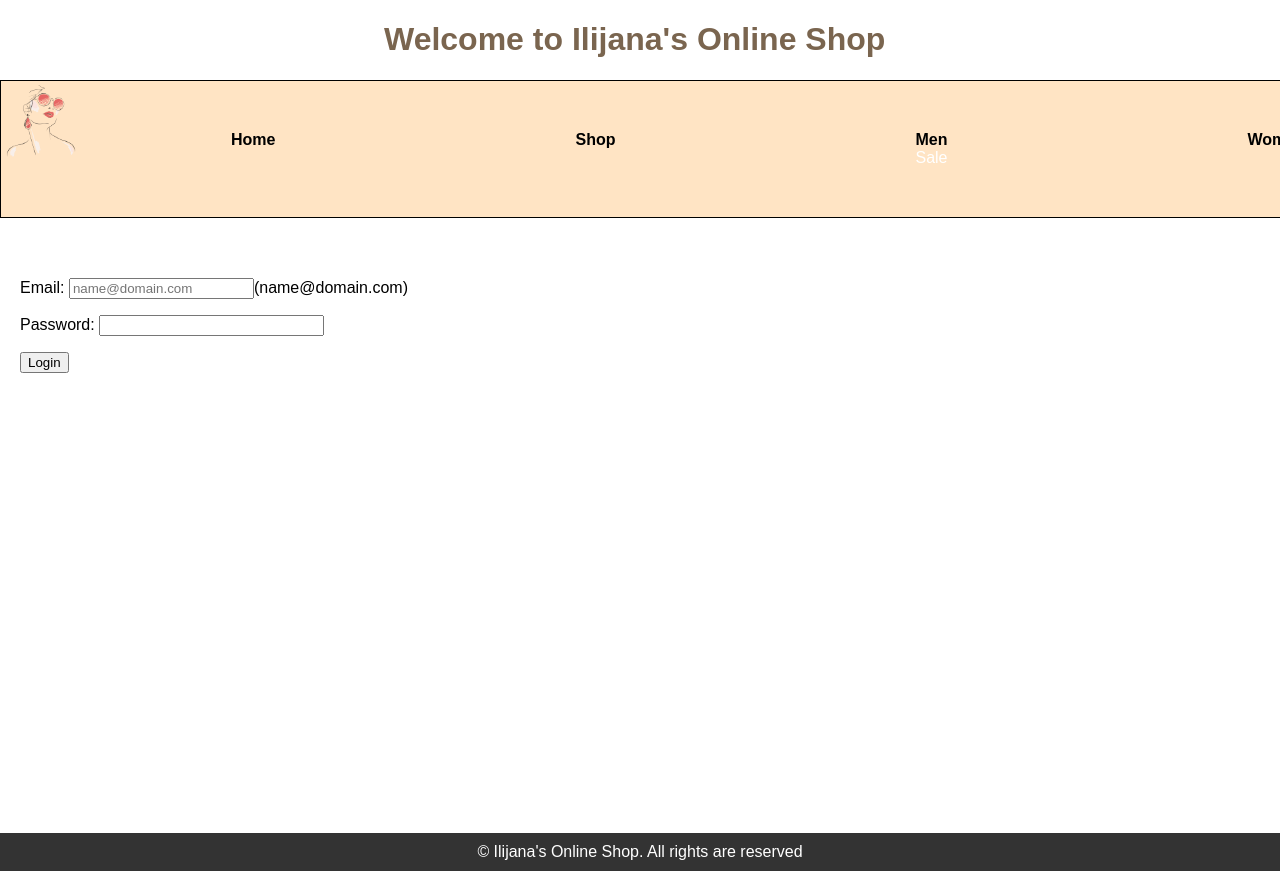
Repository: ilijana123/Proekt1
Page: html.html
An editor plug-in stored every save of this project. The page is shown before and after the next save, followed by the edit.
The browser window is 1280 px wide. The pictures show the whole page.

Above is the page before, as saved 2023-11-13 01:49:22.

### html.html
<!DOCTYPE html>
<html>
    <head>

    <meta charset="utf-8">
    <title>Online shop</title>
    <link rel="stylesheet" type="text/css" href="1.css">
    <script src="script.js"></script>

    </head>

    <body>
    <header>
       <h1>Welcome to Ilijana's Online Shop</h1>
    </header>

    <nav>
        <div class="social-call">
        <div class="social">
            <a href="#"><i class="fab fa-facebook-f"></i></a>
            <a href="#"><i class="fab fa-twitter"></i></a>
            <a href="#"><i class="fab fa-youtube"></i></a>
            <a href="#"><i class="fab fa-instagram"></i></a>
        </div>
        </div>
        <div class="navigation">
            <a href="#" class="logo"><img src="logo.png"></a>
            <div class="toggle"></div>
            <ul class="menu">
            <li><a href="#">Home</a></li>
            <li  class="shop"><a href="#" >Shop</a></li>
            <li><a href="#">Men</a>
                <span class="sale-lable">Sale</span>
            </li>
            <li><a href="#">Women</a></li>
            <li><a href="#">Kids</a></li>
            </ul>
            <div class="right-menu">
            <a href="javascript:void(0);" class="search">
                <i class="fas fa-search"></i>
            </a>
            <a href="javascript:void(0);" class="user">
                <i class="far fa-user"></i>
            </a>
            <a href="#">
                <i class="fas fa-shopping-cart">
                    <span class="num-cart-product">0</span>
                </i>
            </a>
            </div>
        </div>
    </nav>

       <section id="home">
            <h2>Home</h2>
            <p>Opis</p>
        </section>

        <section id="contact">
            <form method="post" autocomplete="on">
                <p><label>Email:
                    <input type="email" id="email"
                        placeholder="name@domain.com"/>(name@domain.com)
                </label></p>
                <p><label>Password:
                    <input type="password" id="password" size="25"
                        placeholder=""/>
                </label></p>
                <button onclick="btnClicked()">Login</button>
            </form>
       </section>

       <section id="category1"></section>
       <section id="category2"></section>
       <section id="category3"></section>
       <section id="instagram"></section>
      <section id="survey">
      </section>
      <section id="questionnaire">
      </section>
      <section id="contact">
      </section>
       <footer> &copy; Ilijana's Online Shop. All rights are reserved</footer>

    </body>
</html>

### 1.css
h1  {
     font-family: fantasy;
        color:rgb(122, 101, 79);
        position:relative;
        margin-left: 30%;
        text-decoration:double;
        text-decoration-color: aliceblue;
    }
    body
    {
        margin: 0;
        padding: 0;
        font-family: Arial, sans-serif;
    }
    .navigation
    {
        display:flex;
        justify-content: space-between;
        allign-items: center;
        background-color:bisque;
        margin:auto;
        position: fixed;
        color: white;
        padding: auto;
        left: 0px;
        width: 100%;
        z-index: 100;
        border: 1px solid rgba(0,0,0,03);
    }
    nav ul
    {
        list-style-type: none;
        margin: 0;
        padding: 0;
        display: flex;
        margin-top: 50px;
        flex-direction: row; /* Set the direction to column */

    }

    nav ul li
    {
        display: block; /* Set the display property to block */
        margin-bottom: 50px;
        margin-right: 150px;
        margin-left:150px;
    }
    section {
        padding: 20px;
        margin: 20px 0;
    }
    nav a {
        text-decoration:solid;
        color:black;
        font-weight: bold;

    }
    nav a:hover {
        color: #555;
    }

    footer {
        background-color: #333;
        color: white;
        text-align: center;
        padding: 10px;
    }
    .logo img{
        height: 80px;
    }

### script.js
function btnClicked()
{
    document.location.href="html1.html";
}

After the next save:
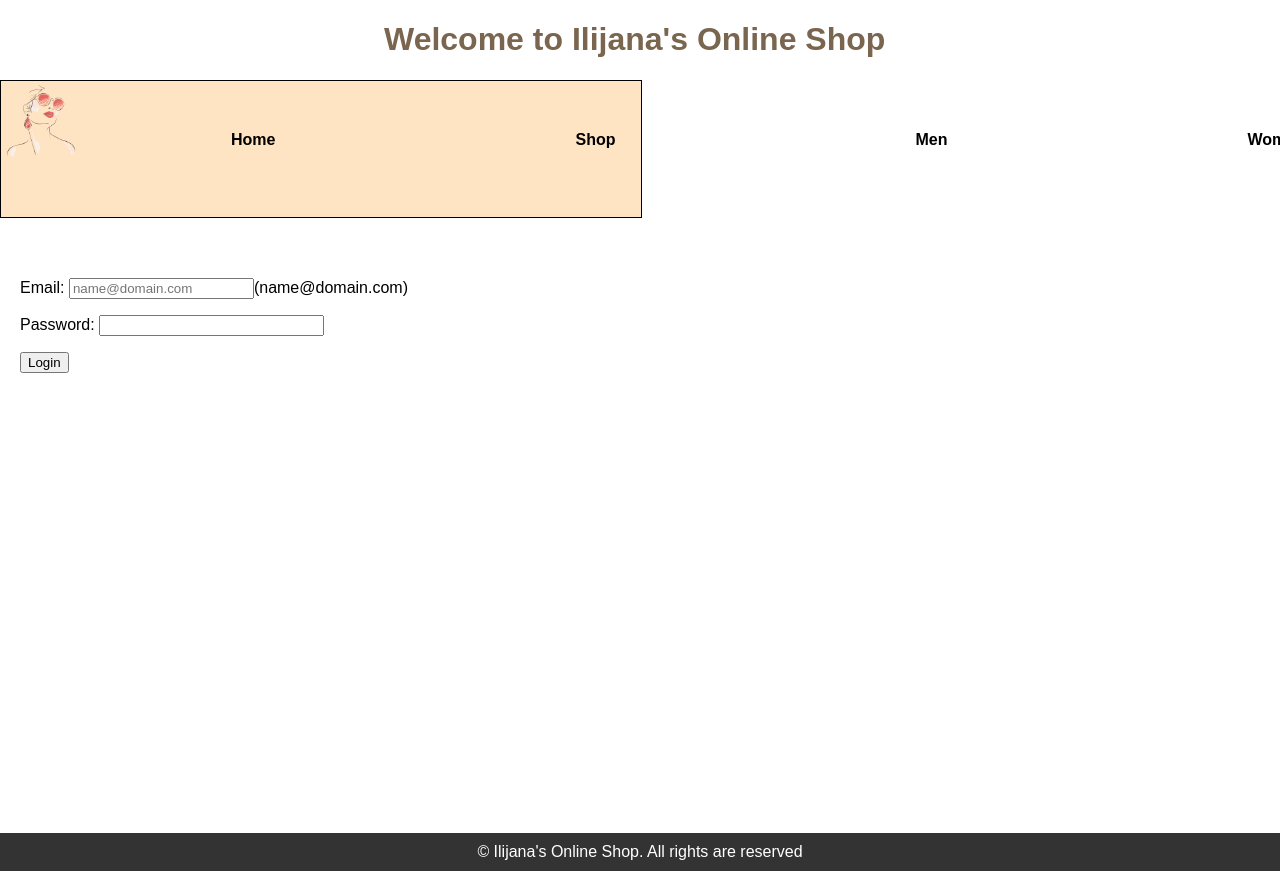
Saved 64 s later.
--- a/1.css
+++ b/1.css
@@ -23,7 +23,7 @@ h1  {
         color: white;
         padding: auto;
         left: 0px;
-        width: 100%;
+        width: 50%;
         z-index: 100;
         border: 1px solid rgba(0,0,0,03);
     }
@@ -34,13 +34,13 @@ h1  {
         padding: 0;
         display: flex;
         margin-top: 50px;
-        flex-direction: row; /* Set the direction to column */
+        flex-direction: row;
 
     }
 
     nav ul li
     {
-        display: block; /* Set the display property to block */
+        display: block;
         margin-bottom: 50px;
         margin-right: 150px;
         margin-left:150px;

After the save that followed:
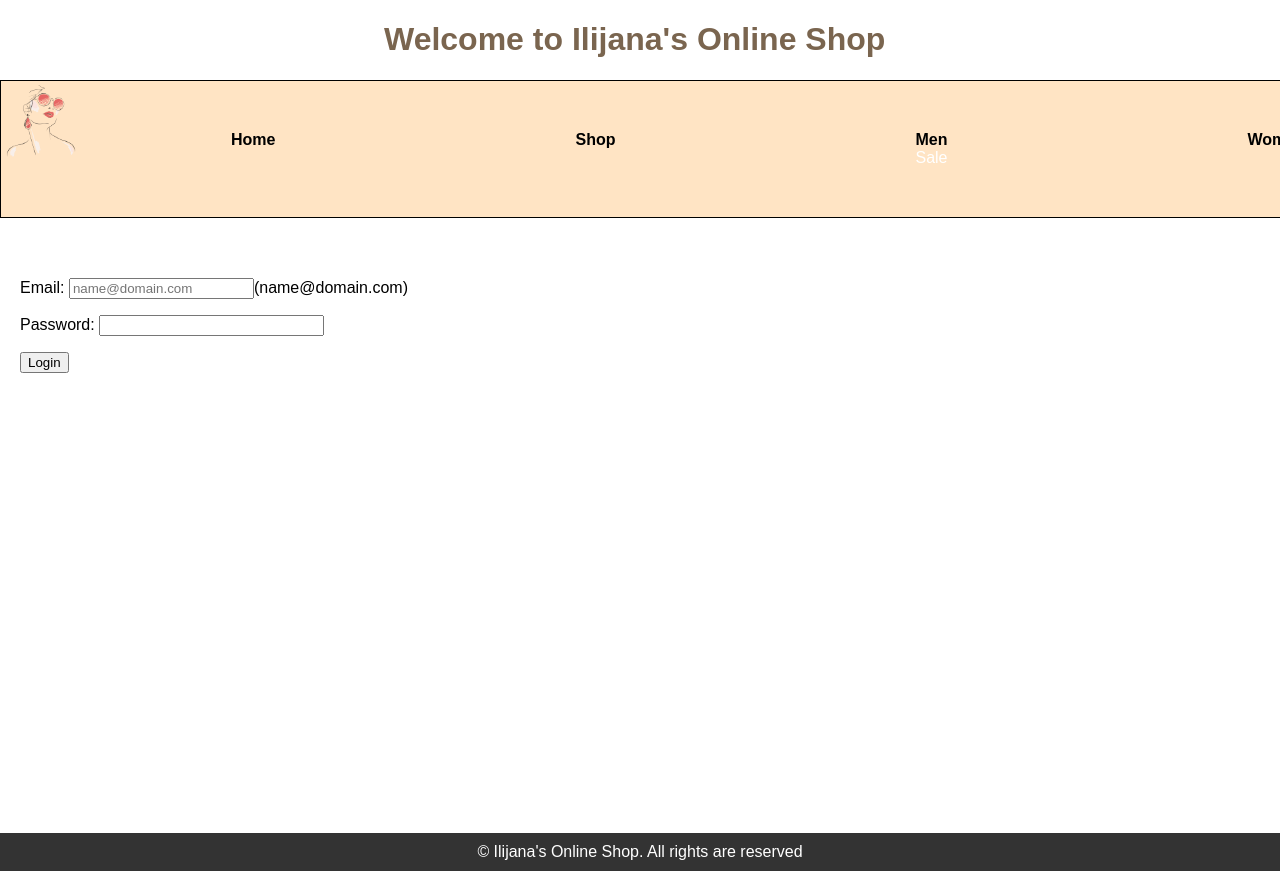
Saved 10 s later.
--- a/1.css
+++ b/1.css
@@ -23,7 +23,7 @@ h1  {
         color: white;
         padding: auto;
         left: 0px;
-        width: 50%;
+        width: 100%;
         z-index: 100;
         border: 1px solid rgba(0,0,0,03);
     }
